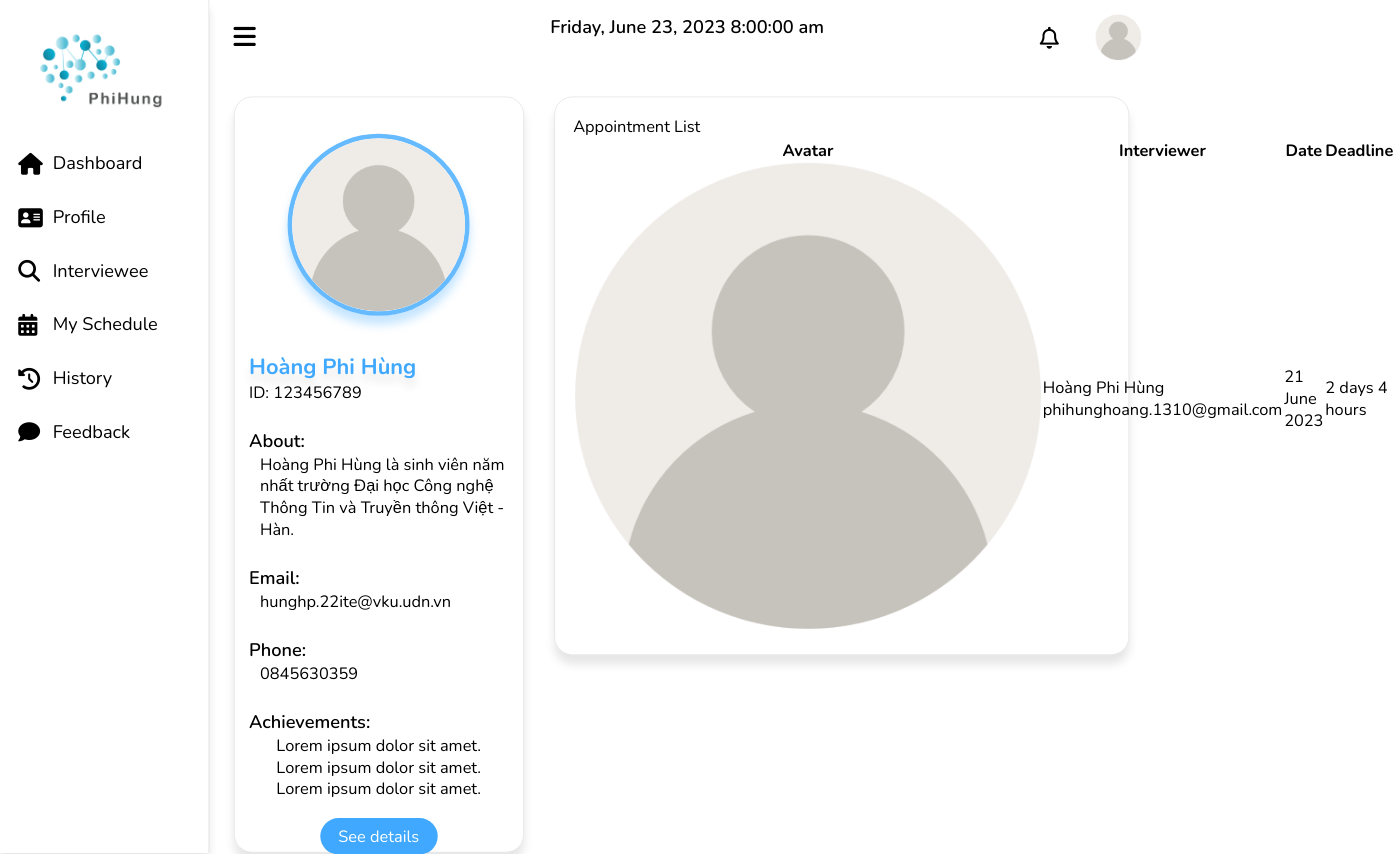
Repository: hphihungit/InterviewService
Page: interviewee.html
An editor plug-in stored every save of this project. The page is shown before and after the next save, followed by the edit.
The browser window is 1280 px wide. The page is 1533 px wide, then 1514 px, then 1533 px, so the pictures cover 1533 px, including what lies to the right of the window. The pictures show the whole page, at 91% of full size.

Above is the page before, as saved 2023-06-01 00:56:24.

### interviewee.html
<!DOCTYPE html>
<html lang="en">
<head>
    <meta charset="UTF-8">
    <meta http-equiv="X-UA-Compatible" content="IE=edge">
    <meta name="viewport" content="width=device-width, initial-scale=1.0">
    <title>Document</title>
    <link rel="stylesheet" href="assets/css/grid.css">
    <link rel="stylesheet" href="assets/css/base.css">
    <link rel="stylesheet" href="https://cdnjs.cloudflare.com/ajax/libs/font-awesome/6.4.0/css/all.min.css" integrity="sha512-iecdLmaskl7CVkqkXNQ/ZH/XLlvWZOJyj7Yy7tcenmpD1ypASozpmT/E0iPtmFIB46ZmdtAc9eNBvH0H/ZpiBw==" crossorigin="anonymous" referrerpolicy="no-referrer"/>
    <link rel="preconnect" href="https://fonts.googleapis.com">
    <link rel="preconnect" href="https://fonts.gstatic.com" crossorigin>
    <link href="https://fonts.googleapis.com/css2?family=Nunito:wght@200;300;400;500;600;700;800;900;1000&display=swap" rel="stylesheet">
    <link rel="stylesheet" href="assets/css/interviewee.css">
</head>
<body>
    <div id="main">
        <div class="dashboard">
            <div class="dashboard__logo"></div>
            <ul class="dashboard__list">
                <li class="dashboard__item">
                    <a href="" class="icon__link">
                        <i class="fa-solid fa-house"></i>
                    </a>
                    <a href="" class="link">Dashboard</a>
                </li>
                <li class="dashboard__item">
                    <a href="" class="icon__link">
                        <i class="fa-solid fa-address-card"></i>
                    </a>
                    <a href="" class="link">Profile</a>
                </li>
                <li class="dashboard__item">
                    <a href="" class="icon__link">
                        <i class="fa-solid fa-magnifying-glass"></i>
                    </a>
                    <a href="" class="link">Interviewee</a>
                </li>
                <li class="dashboard__item">
                    <a href="" class="icon__link">
                        <i class="fa-solid fa-calendar-days"></i>
                    </a>
                    <a href="" class="link">My Schedule</a>
                </li>
                <li class="dashboard__item">
                    <a href="" class="icon__link">
                        <i class="fa-solid fa-clock-rotate-left"></i>
                    </a>
                    <a href="" class="link">History</a>
                </li>
                <li class="dashboard__item">
                    <a href="" class="icon__link">
                        <i class="fa-solid fa-comment"></i>
                    </a>
                    <a href="" class="link">Feedback</a>
                </li>
            </ul>
        </div>

        <div class="container">
            <div class="header">
                <div class="header__icon">
                    <label class="fa-solid fa-bars header__label"></label>
                </div>

                <div class="header__time">
                    Friday, June 23, 2023 8:00:00 am
                </div>

                <div class="header__news">
                    <label class="fa-regular fa-bell header__label--bell"></label>
                    <div class="header__avatar">
                        <img src="assets/img/user.png" alt="">
                    </div>
                </div>
            </div>

            <div class="about">
                <div class="cv">
                    <div class="cv__avatar">
                        <img src="assets/img/user.png" alt="">
                    </div>

                    <div class="cv__name">
                        <p class="cv__name--interviewee">Hoàng Phi Hùng</p>
                        <p class="cv__id">ID: 123456789</p>
                    </div>

                    <div class="cv__about">
                        <p class="cv__about--title">About: </p>
                        <p class="cv__about--content">
                            Hoàng Phi Hùng là sinh viên năm nhất trường Đại học Công nghệ Thông Tin và Truyền thông Việt - Hàn.
                        </p>
                    </div>

                    <div class="cv__email">
                        <p class="cv__email--title">Email: </p>
                        <p class="cv__email--content">hunghp.22ite@vku.udn.vn</p>
                    </div>

                    <div class="cv__phone">
                        <p class="cv__phone--title">Phone: </p>
                        <p class="cv__phone--content">0845630359</p>
                    </div>

                    <div class="cv__info">
                        <p class="cv__info--title">Achievements: </p>
                        <ul class="cv__info--list">
                            <li class="cv__info--item">Lorem ipsum dolor sit amet.</li>
                            <li class="cv__info--item">Lorem ipsum dolor sit amet.</li>
                            <li class="cv__info--item">Lorem ipsum dolor sit amet.</li>
                        </ul>
                    </div>

                    <div class="cv__all">
                        <a href="" class="btn--cv--all">See details</a>
                    </div>
                </div>

                <div class="info">
                    <div class="appointment">
                        <div class="appointment__title">
                            Appointment List
                        </div>

                        <table>
                            <thead>
                                <th>Avatar</th>
                                <th>Interviewer</th>
                                <th>Date</th>
                                <th>Deadline</th>
                            </thead>

                            <tbody>
                                <tr>
                                    <td>
                                        <img src="assets/img/user.png" alt="">
                                    </td>
                                    <td>
                                        <p class="name">Hoàng Phi Hùng</p>
                                        <p class="email">phihunghoang.1310@gmail.com</p>
                                    </td>
                                    <td>
                                        21 June 2023
                                    </td>
                                    <td>
                                        2 days 4 hours
                                    </td>
                                </tr>
                            </tbody>
                        </table>
                    </div>
                </div>
            </div>
        </div>
    </div>
</body>
</html>

### assets/css/grid.css
.grid {
    width: 90%;
    display: block;
    padding: 0;
    margin: 0 auto;
}

.row {
    display: flex;
    flex-wrap: wrap;
    margin-left: -4px;
    margin-right: -4px;
}

.row.no-gutters {
    margin-left: 0;
    margin-right: 0;
}

.col {
    padding-left: 4px;
    padding-right: 4px;
}

.row.no-gutters .col {
    padding-left: 0;
    padding-right: 0;
}

.c-0 {
    display: none;
}

.c-1 {
    flex: 0 0 8.33333%;
    max-width: 8.33333%;
}

.c-2 {
    flex: 0 0 16.66667%;
    max-width: 16.66667%;
}

.c-3 {
    flex: 0 0 25%;
    max-width: 25%;
}

.c-4 {
    flex: 0 0 33.33333%;
    max-width: 33.33333%;
}

.c-5 {
    flex: 0 0 41.66667%;
    max-width: 41.66667%;
}

.c-6 {
    flex: 0 0 50%;
    max-width: 50%;
}

.c-7 {
    flex: 0 0 58.33333%;
    max-width: 58.33333%;
}

.c-8 {
    flex: 0 0 66.66667%;
    max-width: 66.66667%;
}

.c-9 {
    flex: 0 0 75%;
    max-width: 75%;
}

.c-10 {
    flex: 0 0 83.33333%;
    max-width: 83.33333%;
}

.c-11 {
    flex: 0 0 91.66667%;
    max-width: 91.66667%;
}

.c-12 {
    flex: 0 0 100%;
    max-width: 100%;
}

.c-o-1 {
    margin-left: 8.33333%;
}

.c-o-2 {
    margin-left: 16.66667%;
}

.c-o-3 {
    margin-left: 25%;
}

.c-o-4 {
    margin-left: 33.33333%;
}

.c-o-5 {
    margin-left: 41.66667%;
}

.c-o-6 {
    margin-left: 50%;
}

.c-o-7 {
    margin-left: 58.33333%;
}

.c-o-8 {
    margin-left: 66.66667%;
}

.c-o-9 {
    margin-left: 75%;
}

.c-o-10 {
    margin-left: 83.33333%;
}

.c-o-11 {
    margin-left: 91.66667%;
}

/* >= Tablet */
@media (min-width: 740px) {
    .row {
        margin-left: -8px;
        margin-right: -8px;
    }

    .col {
        padding-left: 8px;
        padding-right: 8px;
    }

    .m-0 {
        display: none;
    }

    .m-1,
    .m-2,
    .m-3,
    .m-4,
    .m-5,
    .m-6,
    .m-7,
    .m-8,
    .m-9,
    .m-10,
    .m-11,
    .m-12 {
        display: block;
    }

    .m-1 {
        flex: 0 0 8.33333%;
        max-width: 8.33333%;
    }

    .m-2 {
        flex: 0 0 16.66667%;
        max-width: 16.66667%;
    }

    .m-3 {
        flex: 0 0 25%;
        max-width: 25%;
    }

    .m-4 {
        flex: 0 0 33.33333%;
        max-width: 33.33333%;
    }

    .m-5 {
        flex: 0 0 41.66667%;
        max-width: 41.66667%;
    }

    .m-6 {
        flex: 0 0 50%;
        max-width: 50%;
    }

    .m-7 {
        flex: 0 0 58.33333%;
        max-width: 58.33333%;
    }

    .m-8 {
        flex: 0 0 66.66667%;
        max-width: 66.66667%;
    }

    .m-9 {
        flex: 0 0 75%;
        max-width: 75%;
    }

    .m-10 {
        flex: 0 0 83.33333%;
        max-width: 83.33333%;
    }

    .m-11 {
        flex: 0 0 91.66667%;
        max-width: 91.66667%;
    }

    .m-12 {
        flex: 0 0 100%;
        max-width: 100%;
    }

    .m-o-1 {
        margin-left: 8.33333%;
    }

    .m-o-2 {
        margin-left: 16.66667%;
    }

    .m-o-3 {
        margin-left: 25%;
    }

    .m-o-4 {
        margin-left: 33.33333%;
    }

    .m-o-5 {
        margin-left: 41.66667%;
    }

    .m-o-6 {
        margin-left: 50%;
    }

    .m-o-7 {
        margin-left: 58.33333%;
    }

    .m-o-8 {
        margin-left: 66.66667%;
    }

    .m-o-9 {
        margin-left: 75%;
    }

    .m-o-10 {
        margin-left: 83.33333%;
    }

    .m-o-11 {
        margin-left: 91.66667%;
    }
}

/* PC medium resolution > */
@media (min-width: 1113px) {
    .row {
        margin-left: -12px;
        margin-right: -12px;
    }

    .row.sm-gutter {
        margin-left: -5px;
        margin-right: -5px;
    }

    .col {
        padding-left: 12px;
        padding-right: 12px;
    }

    .row.sm-gutter .col {
        padding-left: 5px;
        padding-right: 5px;
    }

    .l-0 {
        display: none;
    }

    .l-1,
    .l-2,
    .l-2-4,
    .l-3,
    .l-4,
    .l-5,
    .l-6,
    .l-7,
    .l-8,
    .l-9,
    .l-10,
    .l-11,
    .l-12 {
        display: block;
    }

    .l-1 {
        flex: 0 0 8.33333%;
        max-width: 8.33333%;
    }

    .l-2 {
        flex: 0 0 16.66667%;
        max-width: 16.66667%;
    }

    .l-2-4 {
        flex: 0 0 20%;
        max-width: 20%;
    }

    .l-3 {
        flex: 0 0 25%;
        max-width: 25%;
    }

    .l-4 {
        flex: 0 0 33.33333%;
        max-width: 33.33333%;
    }

    .l-5 {
        flex: 0 0 41.66667%;
        max-width: 41.66667%;
    }

    .l-6 {
        flex: 0 0 50%;
        max-width: 50%;
    }

    .l-7 {
        flex: 0 0 58.33333%;
        max-width: 58.33333%;
    }

    .l-8 {
        flex: 0 0 66.66667%;
        max-width: 66.66667%;
    }

    .l-9 {
        flex: 0 0 75%;
        max-width: 75%;
    }

    .l-10 {
        flex: 0 0 83.33333%;
        max-width: 83.33333%;
    }

    .l-11 {
        flex: 0 0 91.66667%;
        max-width: 91.66667%;
    }

    .l-12 {
        flex: 0 0 100%;
        max-width: 100%;
    }

    .l-o-1 {
        margin-left: 8.33333%;
    }

    .l-o-2 {
        margin-left: 16.66667%;
    }

    .l-o-3 {
        margin-left: 25%;
    }

    .l-o-4 {
        margin-left: 33.33333%;
    }

    .l-o-5 {
        margin-left: 41.66667%;
    }

    .l-o-6 {
        margin-left: 50%;
    }

    .l-o-7 {
        margin-left: 58.33333%;
    }

    .l-o-8 {
        margin-left: 66.66667%;
    }

    .l-o-9 {
        margin-left: 75%;
    }

    .l-o-10 {
        margin-left: 83.33333%;
    }

    .l-o-11 {
        margin-left: 91.66667%;
    }
}

/* Tablet - PC low resolution */
@media (min-width: 740px) and (max-width: 1023px) {
    .wide {
        width: 644px;
    }
}

/* > PC low resolution */
@media (min-width: 1024px) and (max-width: 1239px) {
    .wide {
        width: 984px;
    }

    .wide .row {
        margin-left: -12px;
        margin-right: -12px;
    }

    .wide .row.sm-gutter {
        margin-left: -5px;
        margin-right: -5px;
    }

    .wide .col {
        padding-left: 12px;
        padding-right: 12px;
    }

    .wide .row.sm-gutter .col {
        padding-left: 5px;
        padding-right: 5px;
    }

    .wide .l-0 {
        display: none;
    }

    .wide .l-1,
    .wide .l-2,
    .wide .l-2-4,
    .wide .l-3,
    .wide .l-4,
    .wide .l-5,
    .wide .l-6,
    .wide .l-7,
    .wide .l-8,
    .wide .l-9,
    .wide .l-10,
    .wide .l-11,
    .wide .l-12 {
        display: block;
    }

    .wide .l-1 {
        flex: 0 0 8.33333%;
        max-width: 8.33333%;
    }

    .wide .l-2 {
        flex: 0 0 16.66667%;
        max-width: 16.66667%;
    }

    .wide .l-2-4 {
        flex: 0 0 20%;
        max-width: 20%;
    }

    .wide .l-3 {
        flex: 0 0 25%;
        max-width: 25%;
    }

    .wide .l-4 {
        flex: 0 0 33.33333%;
        max-width: 33.33333%;
    }

    .wide .l-5 {
        flex: 0 0 41.66667%;
        max-width: 41.66667%;
    }

    .wide .l-6 {
        flex: 0 0 50%;
        max-width: 50%;
    }

    .wide .l-7 {
        flex: 0 0 58.33333%;
        max-width: 58.33333%;
    }

    .wide .l-8 {
        flex: 0 0 66.66667%;
        max-width: 66.66667%;
    }

    .wide .l-9 {
        flex: 0 0 75%;
        max-width: 75%;
    }

    .wide .l-10 {
        flex: 0 0 83.33333%;
        max-width: 83.33333%;
    }

    .wide .l-11 {
        flex: 0 0 91.66667%;
        max-width: 91.66667%;
    }

    .wide .l-12 {
        flex: 0 0 100%;
        max-width: 100%;
    }

    .wide .l-o-1 {
        margin-left: 8.33333%;
    }

    .wide .l-o-2 {
        margin-left: 16.66667%;
    }

    .wide .l-o-3 {
        margin-left: 25%;
    }

    .wide .l-o-4 {
        margin-left: 33.33333%;
    }

    .wide .l-o-5 {
        margin-left: 41.66667%;
    }

    .wide .l-o-6 {
        margin-left: 50%;
    }

    .wide .l-o-7 {
        margin-left: 58.33333%;
    }

    .wide .l-o-8 {
        margin-left: 66.66667%;
    }

    .wide .l-o-9 {
        margin-left: 75%;
    }

    .wide .l-o-10 {
        margin-left: 83.33333%;
    }

    .wide .l-o-11 {
        margin-left: 91.66667%;
    }
}

### assets/css/base.css
:root {
    --white-color: #fff;
    --black-color: #000;
    --blue-color : #40a9ff;
    --text-color: #8f8f8f;
    --scale: 1px;
}

* {
    padding: 0;
    margin: 0;
    box-sizing: border-box;
    text-decoration: none;
    list-style-type: none;
}

html, body {
    font-size: 18px;
    font-family: 'Nunito', sans-serif;
    scroll-behavior: smooth;
}

### assets/css/interviewee.css
#main {
    width: 100%;
    display: flex;
}

.dashboard {
    width: 18%;
    min-height: 0;
    border-right: 1px solid rgba(0, 0, 0, 0.1);
    box-shadow: 0 10px 10px rgba(0, 0, 0, 0.1);
}

.dashboard__logo {
    width: 100%;
    height: 150px;
    background-image: url('../img/logo.png');
    background-repeat: no-repeat;
    background-size: 50%;
    background-size: 62%;
    background-position: 50% 85%;
}

.dashboard__list {
    width: 100%;
}

.dashboard__item {
    border-radius: 25px 0 0 25px;
    display: flex;
    width: 100%;
    padding: 0px 20px;
}

.dashboard__item:hover {
    background-color: var(--blue-color);
}

.dashboard__item:hover .link,
.dashboard__item:hover .icon__link {
    color: #fff;
}

.icon__link {
    display: flex;
    align-items: center;
    width: 20%;
    font-size: 24px;
    color: #000;
}

.link {
    display: inline-block;
    width: 80%;
    font-size: 20px;
    padding: 16px 0px;
    color: #000;
}

.container {
    width: 82%;
}

.header {
    width: 95%;
    margin: 0 auto;
    display: flex;
    justify-content: space-between;
    margin-top: 16px;
}

.header__icon {
    width: 32%;
    display: flex;
    justify-content: space-between;
    align-items: center;
}

.header__label {
    font-size: 28px;
}

.header__time {
    width: 32%;
    text-align: center;
    font-size: 20px;
    font-weight: 600;
}

.header__news {
    width: 32%;
    display: flex;
    justify-content: flex-end;
    align-items: center;
}

.header__label--bell {
    font-size: 24px;
    position: relative;
    padding-right: 40px;
}

.header__avatar {
    display: flex;
    justify-content: flex-end;
    align-items: center;
}

.header__avatar img {
    width: 50px;
    height: 50px;
}

.about {
    display: flex;
    justify-content: space-between;
    width: 95%;
    margin: 0 auto;
    margin-top: 40px;
}

.cv {
    width: 32%;
    max-height: 831px;
    border: 1px solid rgba(0, 0, 0, 0.1);
    border-radius: 20px;
    box-shadow: 0 10px 10px rgba(0, 0, 0, 0.1);
    padding: 0px 16px;
}

.cv__avatar {
    width: 100%;
    display: flex;
    justify-content: center;
    align-items: center;
    padding: 20px 0px;
    padding-top: 40px;
}

.cv__avatar img {
    width: 200px;
    height: 200px;
    border: 5px solid rgba(64, 169, 255, 0.8);
    border-radius: 50%;
    box-shadow: 0 10px 10px rgba(64, 169, 255, 0.3);;
}

.cv__name,
.cv__about,
.cv__email,
.cv__phone,
.cv__info {
    width: 100%;
    margin-top: 20px;
    margin-bottom: 28px;
}

.cv__name--interviewee {
    font-size: 24px;
    font-weight: 700;
    text-shadow: 0 10px 10px rgba(0, 0, 0, 0.1);
    color: var(--blue-color);
}

.cv__about--title,
.cv__email--title,
.cv__phone--title,
.cv__info--title {
    font-size: 20px;
    font-weight: 600;
}

.cv__about--content,
.cv__email--content,
.cv__phone--content {
    padding-left: 12px;
}

.cv__info--item {
    text-align: center;
}

.cv__all {
    width: 90%;
    margin: 0 auto;
    margin-bottom: 20px;
    text-align: center;
}

.btn--cv--all {
    padding: 8px 20px;
    border-radius: 20px;
    background-color: var(--blue-color);
    color: #fff;
}

.btn--cv--all:hover {
    opacity: 0.8;
}

.info {
    width: 66%;
}

.appointment {
    width: 96%;
    margin: 0 auto;
    border: 1px solid rgba(0, 0, 0, 0.1);
    box-shadow: 0 10px 10px rgba(0, 0, 0, 0.1);
    border-radius: 20px;
    padding: 20px;
}

table {
    width: 100%;
}

After the next save:
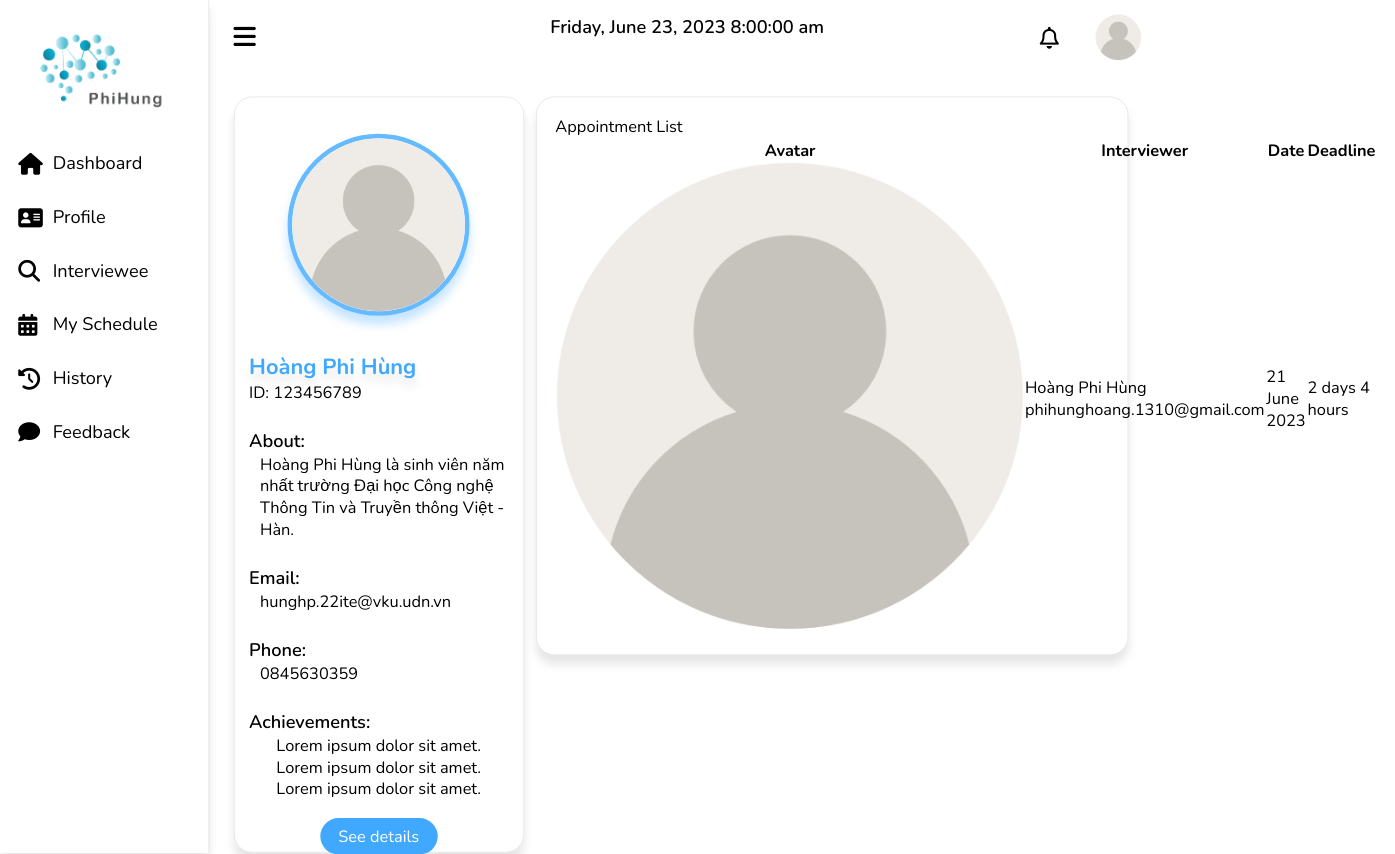
Saved 40 s later.
--- a/assets/css/interviewee.css
+++ b/assets/css/interviewee.css
@@ -198,7 +198,7 @@
 }
 
 .info {
-    width: 66%;
+    width: 68%;
 }
 
 .appointment {

After the save that followed:
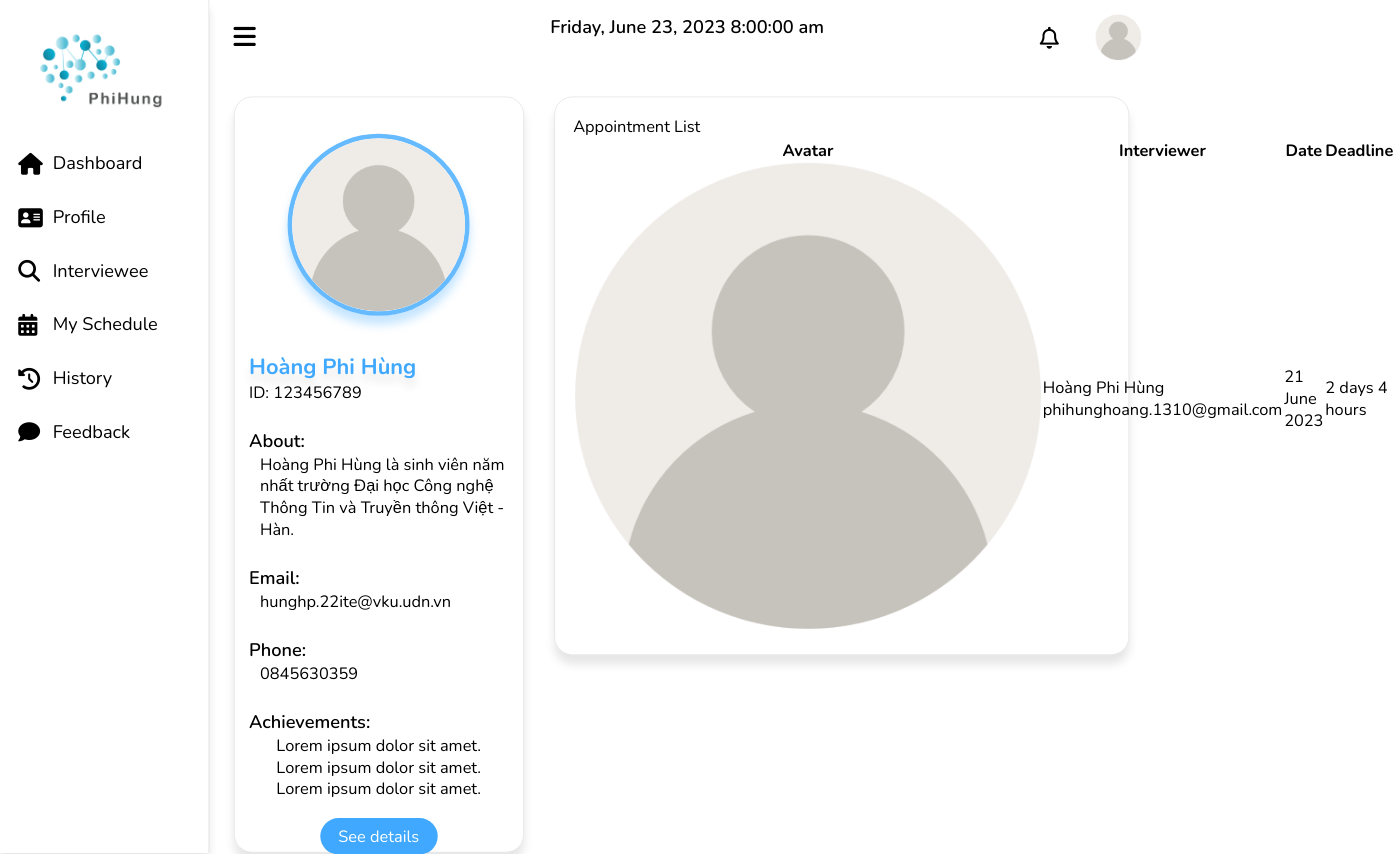
Saved 10 s later.
--- a/assets/css/interviewee.css
+++ b/assets/css/interviewee.css
@@ -198,7 +198,7 @@
 }
 
 .info {
-    width: 68%;
+    width: 66%;
 }
 
 .appointment {
